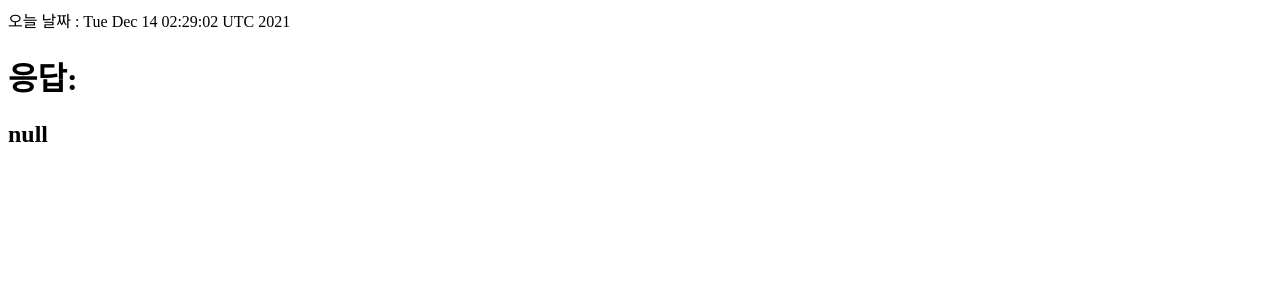
Repository: ybshim90/sesac1
Page: http://localhost/day_20211217_01_web/jsp/form1.jsp
The author's editor kept a copy of each file at every save. The page is drawn from the files as they stood at one save, then again after the next save.
The browser window is 1280 px wide. The pictures show the whole page.
The page is served by Tomcat 9.

Above is the page before, as saved 2021-12-17 03:38:55.

After the next save:
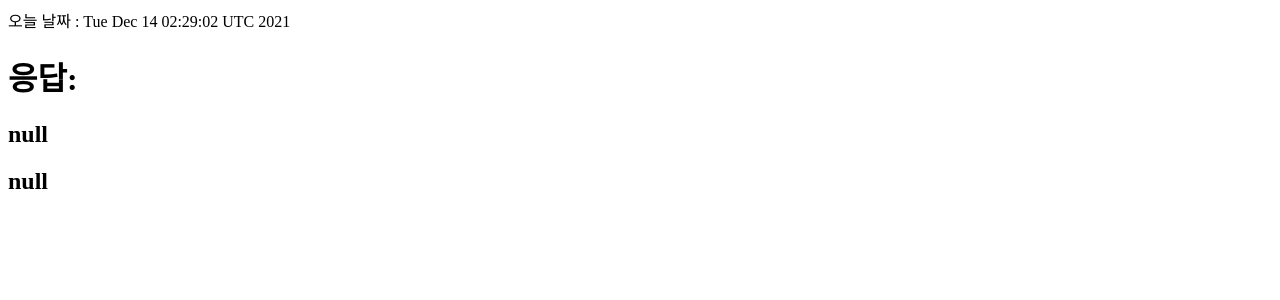
Saved 20 s later.
--- a/day_20211217_01_web/src/main/webapp/jsp/form1.jsp
+++ b/day_20211217_01_web/src/main/webapp/jsp/form1.jsp
@@ -11,5 +11,6 @@
 	오늘 날짜 : <%= new Date() %>
 	<h1>응답:</h1>
 	<h2><%= request.getParameter("memid") %></h2>
+	<h2><%= request.getParameter("mempw") %></h2>
 </body>
 </html>
